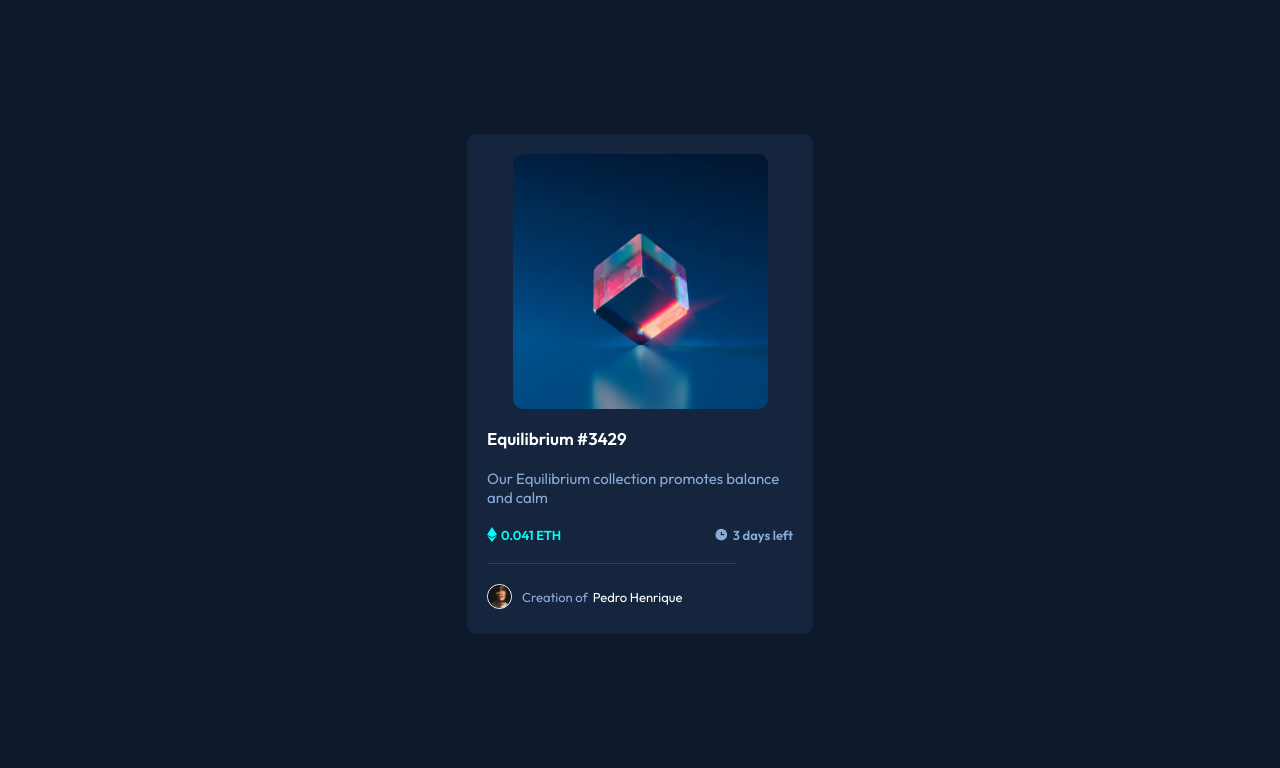
Repository: PedroHEAA/nft
Page: index.html
The author's editor kept a copy of each file at every save. The page is drawn from the files as they stood at one save, then again after a run of saves.
The browser window is 1280 px wide. The pictures show the whole page.

Above is the page before, as saved 2022-11-04 19:25:12.

After the next 3 saves:
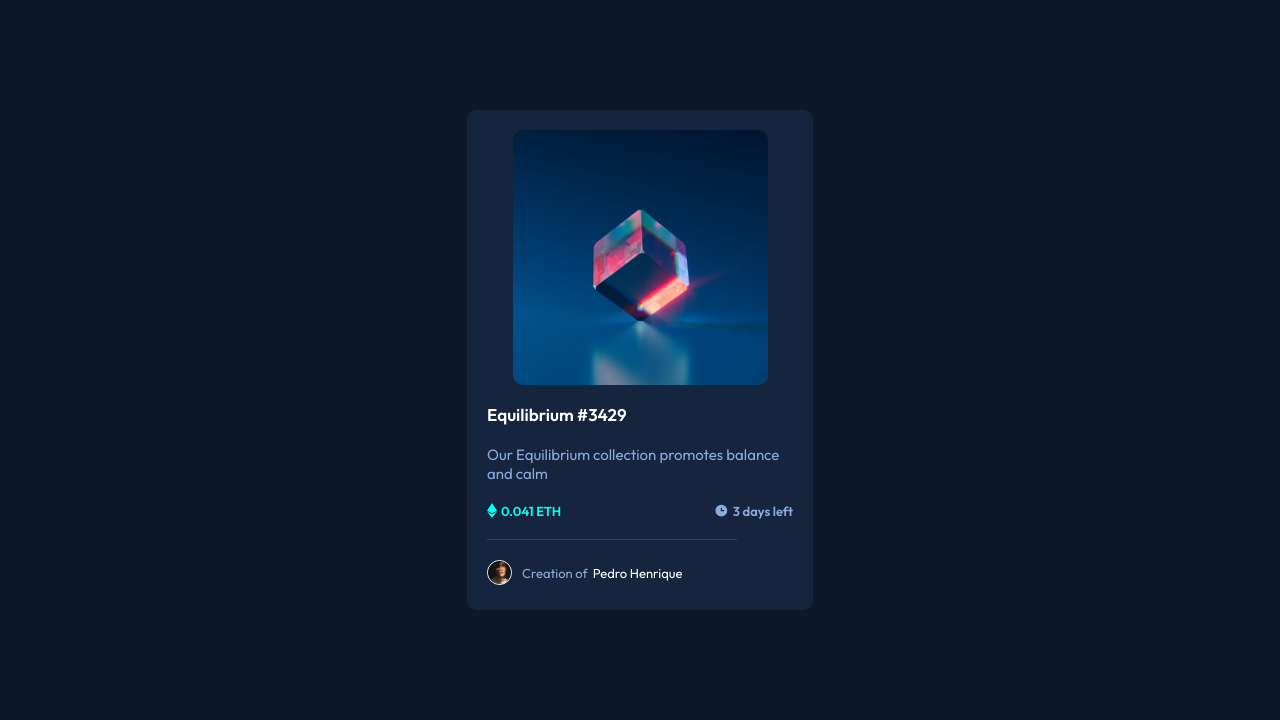
The 3 saves are shown as one change because they came seconds apart.
The last was saved 18 s later.
--- a/src/css/style.css
+++ b/src/css/style.css
@@ -7,7 +7,7 @@
 
 .container{
     max-width: 100vw;
-    height: 768px;
+    height: 100vh;
     display: flex;
     justify-content: center;
     align-items: center;
